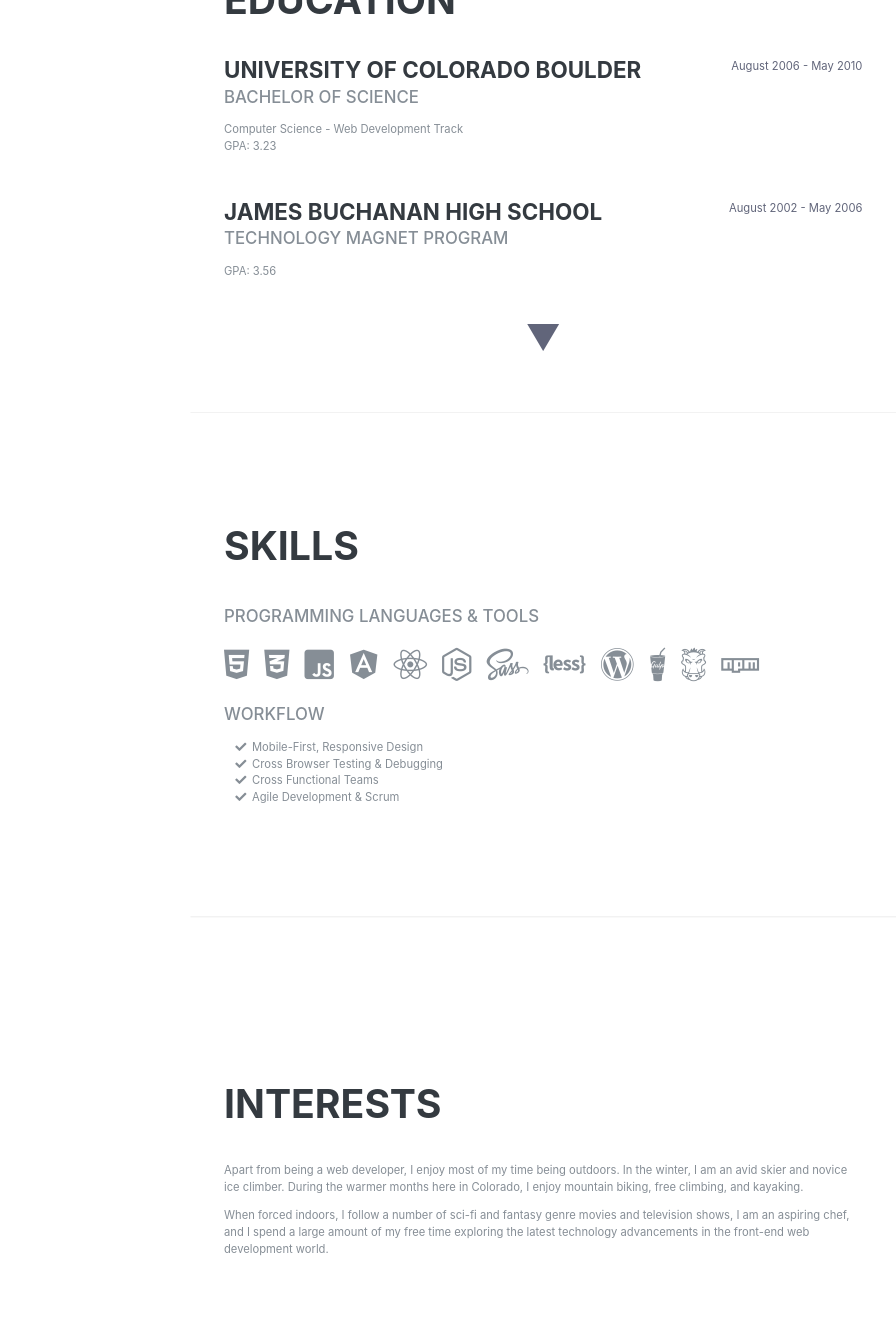
Repository: whitethugcat/whitethugcat.github.io
Page: class/resume-practice/index.html
The author's editor kept a record of every edit. The page is drawn from the files as they stood at one moment, then again after the next edit.
The browser window is 1280 px wide. The pictures show the part of the page from y = 2019 to 3939 px (the page is 4770 px tall), at 70% of full size.
Some web fonts or font styles are not loaded; a fallback is used.

Above is the page before.

### class/resume-practice/index.html
<!DOCTYPE html>
<html lang="en">

<head>

  <meta charset="utf-8">
  <meta name="viewport" content="width=device-width, initial-scale=1, shrink-to-fit=no">
  <meta name="description" content="">
  <meta name="author" content="">

  <title>Yoojin J&#129346;</title>

  <!-- Bootstrap core CSS -->
  <link href="vendor/bootstrap/css/bootstrap.min.css" rel="stylesheet">

  <!-- Custom fonts for this template -->
  <link href="https://fonts.googleapis.com/css?family=Saira+Extra+Condensed:500,700" rel="stylesheet">
  <link href="vendor/fontawesome-free/css/all.min.css" rel="stylesheet">

  <!-- Custom styles for this template -->
  <link href="css/resume.css" rel="stylesheet">

</head>

<body id="page-top">

  <nav class="navbar navbar-expand-lg navbar-dark bg-primary fixed-top" id="sideNav">
    <a class="navbar-brand js-scroll-trigger" href="#page-top">
      <span class="d-block d-lg-none">Yoojin Jeong &#129346;</span>
      <span class="d-none d-lg-block">
        <img class="img-fluid img-profile rounded-circle mx-auto mb-2" src="img/yj-profile.png" alt="">
      </span>
    </a>
    <button class="navbar-toggler" type="button" data-toggle="collapse" data-target="#navbarSupportedContent" aria-controls="navbarSupportedContent" aria-expanded="false" aria-label="Toggle navigation">
      <span class="navbar-toggler-icon"></span>
    </button>
    <div class="collapse navbar-collapse" id="navbarSupportedContent">
      <ul class="navbar-nav">
        <li class="nav-item">
          <a class="nav-link js-scroll-trigger" href="#about">About</a>
        </li>
        <li class="nav-item">
          <a class="nav-link js-scroll-trigger" href="#experience">Experience</a>
        </li>
        <li class="nav-item">
          <a class="nav-link js-scroll-trigger" href="#education">Education</a>
        </li>
        <li class="nav-item">
          <a class="nav-link js-scroll-trigger" href="#skills">Skills</a>
        </li>
        <li class="nav-item">
          <a class="nav-link js-scroll-trigger" href="#interests">Interests</a>
        </li>
        <li class="nav-item">
          <a class="nav-link js-scroll-trigger" href="#awards">Awards</a>
        </li>
      </ul>
    </div>
  </nav>

  <div class="container-fluid p-0">

    <section class="resume-section p-3 p-lg-5 d-flex align-items-center" id="about">
      <div class="w-100">
        <h1 class="mb-0">Yoojin
          <span class="text-primary">Jeong</span>
        </h1>
        <div class="subheading mb-5">Seoul, South Korea · (+82) 010-8472-7769 ·
          <a href="mailto:name@email.com">yjjeong92@gmail.com</a>
        </div>
        <p class="lead mb-5">I am experienced and agile in cooperating in teams of various sizes and forms. I have built experiences in digital advertising, B2B/B2C communication, digital marketing, and more.</p>
        <div class="social-icons">
          <a href="https://www.linkedin.com/in/yoojin-jeong-47a917101/" target="_blank">
            <i class="fab fa-linkedin-in"></i>
          </a>
          <a href="#" target="_blank">
            <i class="fab fa-github"></i>
          </a>
          <a href="https://www.twitter.com/whitethugcat" target="_blank">
            <i class="fab fa-twitter"></i>
          </a>
          <a href="#">
            <i class="fab fa-facebook-f target="_blank""></i>
          </a>
        </div>
        <div class=downward-arrow>
          <a href="#experience">
          &#9660;</a>
        </div>
      </div>
    </section>

    <hr class="m-0">

    <section class="resume-section p-3 p-lg-5 d-flex justify-content-center" id="experience">
      <div class="w-100">
        <h2 class="mb-5">Experience</h2>

        <div class="resume-item d-flex flex-column flex-md-row justify-content-between mb-5">
          <div class="resume-content">
            <h3 class="mb-0">Senior Web Developer</h3>
            <div class="subheading mb-3">Intelitec Solutions</div>
            <p>Bring to the table win-win survival strategies to ensure proactive domination. At the end of the day, going forward, a new normal that has evolved from generation X is on the runway heading towards a streamlined cloud solution. User generated content in real-time will have multiple touchpoints for offshoring.</p>
          </div>
          <div class="resume-date text-md-right">
            <span class="text-primary">March 2013 - Present</span>
          </div>
        </div>

        <div class="resume-item d-flex flex-column flex-md-row justify-content-between mb-5">
          <div class="resume-content" id>
            <h3 class="mb-0">Web Developer</h3>
            <div class="subheading mb-3">Intelitec Solutions</div>
            <p>Capitalize on low hanging fruit to identify a ballpark value added activity to beta test. Override the digital divide with additional clickthroughs from DevOps. Nanotechnology immersion along the information highway will close the loop on focusing solely on the bottom line.</p>
          </div>
          <div class="resume-date text-md-right">
            <span class="text-primary">December 2011 - March 2013</span>
          </div>
        </div>

        <div class="resume-item d-flex flex-column flex-md-row justify-content-between mb-5">
          <div class="resume-content">
            <h3 class="mb-0">Junior Web Designer</h3>
            <div class="subheading mb-3">Shout! Media Productions</div>
            <p>Podcasting operational change management inside of workflows to establish a framework. Taking seamless key performance indicators offline to maximise the long tail. Keeping your eye on the ball while performing a deep dive on the start-up mentality to derive convergence on cross-platform integration.</p>
          </div>
          <div class="resume-date text-md-right">
            <span class="text-primary">July 2010 - December 2011</span>
          </div>
        </div>

        <div class="resume-item d-flex flex-column flex-md-row justify-content-between">
          <div class="resume-content">
            <h3 class="mb-0">Web Design Intern</h3>
            <div class="subheading mb-3">Shout! Media Productions</div>
            <p>Collaboratively administrate empowered markets via plug-and-play networks. Dynamically procrastinate B2C users after installed base benefits. Dramatically visualize customer directed convergence without revolutionary ROI.</p>
          </div>
          <div class="resume-date text-md-right">
            <span class="text-primary">September 2008 - June 2010</span>
          </div>
          <div class=downward-arrow>
          <a href="#education">
          &#9660;</a>
        </div>
        </div>

      </div>

    </section>

    <hr class="m-0">

    <section class="resume-section p-3 p-lg-5 d-flex align-items-center" id="education">
      <div class="w-100">
        <h2 class="mb-5">Education</h2>

        <div class="resume-item d-flex flex-column flex-md-row justify-content-between mb-5">
          <div class="resume-content">
            <h3 class="mb-0">University of Colorado Boulder</h3>
            <div class="subheading mb-3">Bachelor of Science</div>
            <div>Computer Science - Web Development Track</div>
            <p>GPA: 3.23</p>
          </div>
          <div class="resume-date text-md-right">
            <span class="text-primary">August 2006 - May 2010</span>
          </div>
        </div>

        <div class="resume-item d-flex flex-column flex-md-row justify-content-between">
          <div class="resume-content">
            <h3 class="mb-0">James Buchanan High School</h3>
            <div class="subheading mb-3">Technology Magnet Program</div>
            <p>GPA: 3.56</p>
          </div>
          <div class="resume-date text-md-right">
            <span class="text-primary">August 2002 - May 2006</span>
          </div>
        </div>
          <div class=downward-arrow>
          <a href="#skills">
          &#9660;</a>
        </div>
      </div>
    </section>

    <hr class="m-0">

    <section class="resume-section p-3 p-lg-5 d-flex align-items-center" id="skills">
      <div class="w-100">
        <h2 class="mb-5">Skills</h2>

        <div class="subheading mb-3">Programming Languages &amp; Tools</div>
        <ul class="list-inline dev-icons">
          <li class="list-inline-item">
            <i class="fab fa-html5"></i>
          </li>
          <li class="list-inline-item">
            <i class="fab fa-css3-alt"></i>
          </li>
          <li class="list-inline-item">
            <i class="fab fa-js-square"></i>
          </li>
          <li class="list-inline-item">
            <i class="fab fa-angular"></i>
          </li>
          <li class="list-inline-item">
            <i class="fab fa-react"></i>
          </li>
          <li class="list-inline-item">
            <i class="fab fa-node-js"></i>
          </li>
          <li class="list-inline-item">
            <i class="fab fa-sass"></i>
          </li>
          <li class="list-inline-item">
            <i class="fab fa-less"></i>
          </li>
          <li class="list-inline-item">
            <i class="fab fa-wordpress"></i>
          </li>
          <li class="list-inline-item">
            <i class="fab fa-gulp"></i>
          </li>
          <li class="list-inline-item">
            <i class="fab fa-grunt"></i>
          </li>
          <li class="list-inline-item">
            <i class="fab fa-npm"></i>
          </li>
        </ul>

        <div class="subheading mb-3">Workflow</div>
        <ul class="fa-ul mb-0">
          <li>
            <i class="fa-li fa fa-check"></i>
            Mobile-First, Responsive Design</li>
          <li>
            <i class="fa-li fa fa-check"></i>
            Cross Browser Testing &amp; Debugging</li>
          <li>
            <i class="fa-li fa fa-check"></i>
            Cross Functional Teams</li>
          <li>
            <i class="fa-li fa fa-check"></i>
            Agile Development &amp; Scrum</li>
        </ul>
      </div>
    </section>

    <hr class="m-0">

    <section class="resume-section p-3 p-lg-5 d-flex align-items-center" id="interests">
      <div class="w-100">
        <h2 class="mb-5">Interests</h2>
        <p>Apart from being a web developer, I enjoy most of my time being outdoors. In the winter, I am an avid skier and novice ice climber. During the warmer months here in Colorado, I enjoy mountain biking, free climbing, and kayaking.</p>
        <p class="mb-0">When forced indoors, I follow a number of sci-fi and fantasy genre movies and television shows, I am an aspiring chef, and I spend a large amount of my free time exploring the latest technology advancements in the front-end web development world.</p>
      </div>
    </section>

    <hr class="m-0">

    <section class="resume-section p-3 p-lg-5 d-flex align-items-center" id="awards">
      <div class="w-100">
        <h2 class="mb-5">Awards &amp; Certifications</h2>
        <ul class="fa-ul mb-0">
          <li>
            <i class="fa-li fa fa-trophy text-warning"></i>
            Google Analytics Certified Developer</li>
          <li>
            <i class="fa-li fa fa-trophy text-warning"></i>
            Mobile Web Specialist - Google Certification</li>
          <li>
            <i class="fa-li fa fa-trophy text-warning"></i>
            1<sup>st</sup>
            Place - University of Colorado Boulder - Emerging Tech Competition 2009</li>
          <li>
            <i class="fa-li fa fa-trophy text-warning"></i>
            1<sup>st</sup>
            Place - University of Colorado Boulder - Adobe Creative Jam 2008 (UI Design Category)</li>
          <li>
            <i class="fa-li fa fa-trophy text-warning"></i>
            2<sup>nd</sup>
            Place - University of Colorado Boulder - Emerging Tech Competition 2008</li>
          <li>
            <i class="fa-li fa fa-trophy text-warning"></i>
            1<sup>st</sup>
            Place - James Buchanan High School - Hackathon 2006</li>
          <li>
            <i class="fa-li fa fa-trophy text-warning"></i>
            3<sup>rd</sup>
            Place - James Buchanan High School - Hackathon 2005</li>
        </ul>
      </div>
    </section>

  </div>

  <!-- Bootstrap core JavaScript -->
  <script src="vendor/jquery/jquery.min.js"></script>
  <script src="vendor/bootstrap/js/bootstrap.bundle.min.js"></script>

  <!-- Plugin JavaScript -->
  <script src="vendor/jquery-easing/jquery.easing.min.js"></script>

  <!-- Custom scripts for this template -->
  <script src="js/resume.min.js"></script>

</body>

</html>

### class/resume-practice/css/resume.css
/*!
 * Start Bootstrap - Resume v5.0.8 (https://startbootstrap.com/template-overviews/resume)
 * Copyright 2013-2019 Start Bootstrap
 * Licensed under MIT (https://github.com/BlackrockDigital/startbootstrap-resume/blob/master/LICENSE)
 */

body {
  font-family: 'Muli', -apple-system, BlinkMacSystemFont, 'Segoe UI', Roboto, 'Helvetica Neue', Arial, sans-serif, 'Apple Color Emoji', 'Segoe UI Emoji', 'Segoe UI Symbol', 'Noto Color Emoji';
  padding-top: 52px;
  color: #868e96;
}

@media (min-width: 992px) {
  body {
    padding-top: 0;
    padding-left: 17rem;
  }
}

h1,
h2,
h3,
h4,
h5,
h6 {
  font-family: 'Saira Extra Condensed', -apple-system, BlinkMacSystemFont, 'Segoe UI', Roboto, 'Helvetica Neue', Arial, sans-serif, 'Apple Color Emoji', 'Segoe UI Emoji', 'Segoe UI Symbol', 'Noto Color Emoji';
  font-weight: 700;
  text-transform: uppercase;
  color: #343a40;
}

h1 {
  font-size: 6rem;
  line-height: 5.5rem;
}

h2 {
  font-size: 3.5rem;
}

h3 {
  font-size: 2rem;
}

p.lead {
  font-size: 1.15rem;
  font-weight: 400;
}

.subheading {
  text-transform: uppercase;
  font-weight: 500;
  font-family: 'Saira Extra Condensed', -apple-system, BlinkMacSystemFont, 'Segoe UI', Roboto, 'Helvetica Neue', Arial, sans-serif, 'Apple Color Emoji', 'Segoe UI Emoji', 'Segoe UI Symbol', 'Noto Color Emoji';
  font-size: 1.5rem;
}

.social-icons a {
  display: inline-block;
  height: 3.5rem;
  width: 3.5rem;
  background-color: #495057;
  color: #fff !important;
  border-radius: 100%;
  text-align: center;
  font-size: 1.5rem;
  line-height: 3.5rem;
  margin-right: 1rem;
}

.social-icons a:last-child {
  margin-right: 0;
}

.social-icons a:hover {
  background-color: #BD5D38;
}

.dev-icons {
  font-size: 3rem;
}

.dev-icons .list-inline-item i:hover {
  color: #BD5D38;
}

#sideNav .navbar-nav .nav-item .nav-link {
  font-weight: 800;
  letter-spacing: 0.05rem;
  text-transform: uppercase;
}

#sideNav .navbar-toggler:focus {
  outline-color: #d48a6e;
}

@media (min-width: 992px) {
  #sideNav {
    text-align: center;
    position: fixed;
    top: 0;
    left: 0;
    display: flex;
    flex-direction: column;
    width: 17rem;
    height: 100vh;
  }
  #sideNav .navbar-brand {
    display: flex;
    margin: auto auto 0;
    padding: 0.5rem;
  }
  #sideNav .navbar-brand .img-profile {
    max-width: 10rem;
    max-height: 10rem;
    border: 0.5rem solid rgba(255, 255, 255, 0.2);
  }
  #sideNav .navbar-collapse {
    display: flex;
    align-items: flex-start;
    flex-grow: 0;
    width: 100%;
    margin-bottom: auto;
  }
  #sideNav .navbar-collapse .navbar-nav {
    flex-direction: column;
    width: 100%;
  }
  #sideNav .navbar-collapse .navbar-nav .nav-item {
    display: block;
  }
  #sideNav .navbar-collapse .navbar-nav .nav-item .nav-link {
    display: block;
  }
}

section.resume-section {
  padding-top: 5rem !important;
  padding-bottom: 5rem !important;
  max-width: 75rem;
}

section.resume-section .resume-item .resume-date {
  min-width: none;
}

@media (min-width: 768px) {
  section.resume-section {
    min-height: 100vh;
  }
  section.resume-section .resume-item .resume-date {
    min-width: 18rem;
  }
}

@media (min-width: 992px) {
  section.resume-section {
    padding-top: 3rem !important;
    padding-bottom: 3rem !important;
  }
}

.bg-primary {
  background-color: #61657a !important;
}

.text-primary {
  color: #61657a !important;
}

a {
  color: #61657a;
}

a:hover, a:focus, a:active {
  color: #824027;
}

.downward-arrow{
  vertical-align: bottom;
  text-align: center;
  font-size: 50px;
  text-shadow: 3px 2px grey .5;
  margin-bottom: -30px;
  margin-top: 30px;
}

.back-to-top{
  margin-top: 4%;
  color: #699aff;
  vertical-align: bottom;
  text-align: center;
  font-size: 10px;
  text-decoration: underline;
}

Loaded but not shown: class/resume-practice/vendor/bootstrap/css/bootstrap.min.css (library); class/resume-practice/vendor/fontawesome-free/css/all.min.css (library); class/resume-practice/vendor/jquery/jquery.min.js (library); class/resume-practice/vendor/bootstrap/js/bootstrap.bundle.min.js (library); class/resume-practice/vendor/jquery-easing/jquery.easing.min.js (common file); class/resume-practice/js/resume.min.js (common file)

After the next edit:
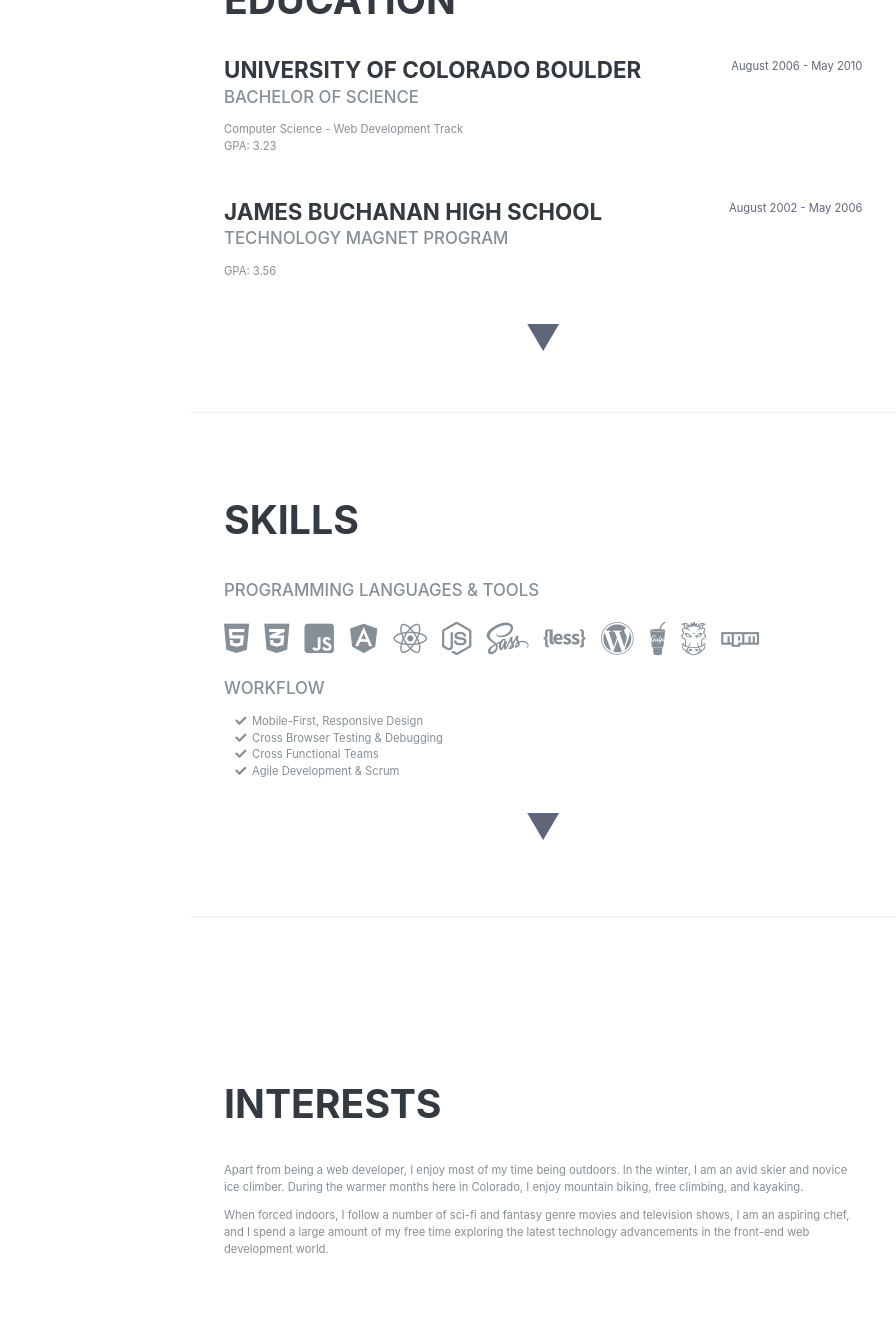
The edit:
--- a/class/resume-practice/index.html
+++ b/class/resume-practice/index.html
@@ -244,6 +244,10 @@
             <i class="fa-li fa fa-check"></i>
             Agile Development &amp; Scrum</li>
         </ul>
+          <div class=downward-arrow>
+          <a href="#interests">
+          &#9660;</a>
+        </div>
       </div>
     </section>
 
